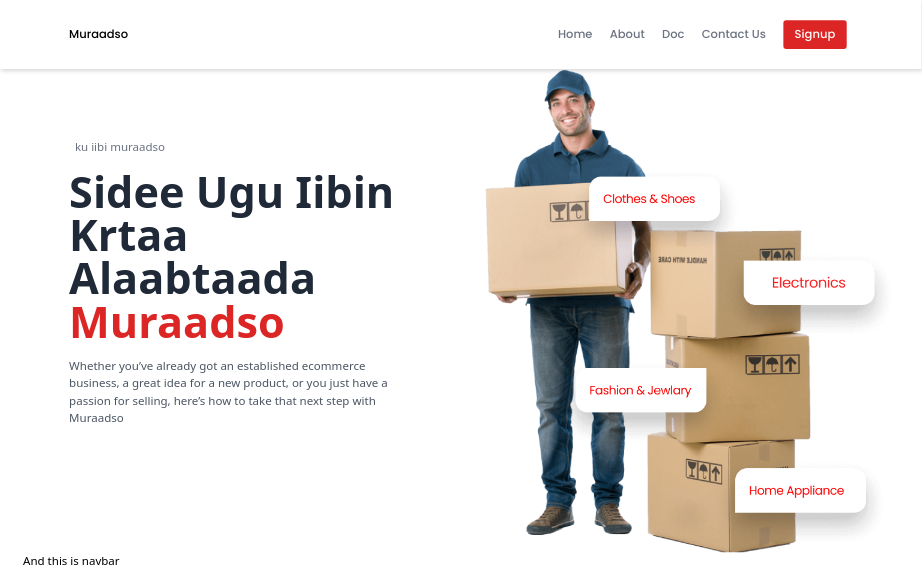
Repository: muraadso/Muraadso-Sellers
Page: /
These files come from the project's save history. The page is drawn as it stood at one moment and after the next save; the edit follows.
The browser window is 1280 px wide. The pictures show the whole page, at 72% of full size.
The project was rebuilt for these pictures with package versions that can differ from the ones it lists, and the page was loaded fresh each time. The framework's server and built-in components were replaced by stand-ins that run in the browser. Also part of the build but not shown: next.config.js.

Above is the page before, as saved 2021-12-05 19:31:25.
Not found: images/abouimage.png

### pages/_app.js
import '../styles/globals.css'
 import 'tailwindcss/tailwind.css'
import { Layout } from '../components/Layout'


function MyApp({ Component, pageProps }) {
  return (
    <Layout>
      <Component {...pageProps} />
    </Layout>
  )
}

export default MyApp

### pages/index.js
import Head from 'next/head'
import Image from 'next/image'
import Navbar from '../components/Navbar'
import Hero from '../components/Hero'
import About from '../components/About'
import styles from '../styles/Home.module.css'


export default function Home() {
  return (
    <div className={styles.container}>
      <Head>
        <title>Muraadso Sellers</title>
        <meta name="description" content="Generated by create next app" />
        <link rel="icon" href="/favicon.ico" />
      </Head>
      <Hero />
      <About />
    </div>
  )
}

### styles/globals.css
@import url('https://fonts.googleapis.com/css2?family=Lato:ital,wght@0,300;0,400;0,700;0,900;1,700&family=Poppins:wght@200;300;400;500;600;700&display=swap');
html,
body {
  padding: 0;
  margin: 0;
}

a {
  color: inherit;
  text-decoration: none;
}

* {
  box-sizing: border-box;
}


.navbar {
  box-shadow: 2px 1px 7px rgba(0, 0, 0, 0.226);
  font-family: 'Poppins', sans-serif  ;
  font-weight: 500;

}
  .logo{
    font-family: 'Lato', sans-serif;
    font-weight: 700;
    color: rgb(233, 59, 59);
    font-size: 20px ;
  }

.nav{
}





@media screen and  (max-width: 415px){
  .nav{
    display: flex;
    color: blue;
    flex-direction: row;
  }
}




@tailwind base;
@tailwind components;
@tailwind utilities

### components/Layout.js
import Navbar from "./Navbar"
import Footer from "./Footer"

export const Layout = ({children}) => {
    return (
        <div className="layout">
            <Navbar />
                {children}
            <Footer />



        </div>
    )
}

### components/Navbar.jsx
import React, { useState } from "react";
import { HiOutlineMenuAlt2, HiOutlineMenuAlt3 } from "react-icons/hi";



export default function Navbar() {
  const [showNav, setShowNav] = useState(false);

  return (
    <nav className="sticky top-0 z-20 items-center justify-between bg-white px-14 md:px-24 md:py-5 navbar md:flex">
      <div className="flex items-center justify-between">
        <a href="#">
          <h2>Muraadso</h2>
        </a>


        {showNav ? (
          <HiOutlineMenuAlt3
            onClick={() => setShowNav(!showNav)}
            className="block w-10 h-10 p-2 cursor-pointer md:hidden"
          />
        ) : (
          <HiOutlineMenuAlt2
            onClick={() => setShowNav(!showNav)}
            className="block w-10 h-10 p-2 cursor-pointer md:hidden"
          />
        )}
      </div>

      <ul
        className={
          (showNav ? "left-0" : "-left-full") +
          " md:static fixed bottom-0 md:ml-24 top-14 md:flex md:space-x-6 items-center md:bg-transparent bg-white bg-opacity-90 md:w-auto w-10/12 md:text-gray-500 text-gray-800  md:space-y-0 space-y-5 p-2 transition-left nav"
        }
      >
        <a href="#"> Home</a>
        <a href="#"> About</a>
        <a href="#"> Doc</a>
        <a href="#"> Contact Us</a>
      <a className="px-4 py-2 text-white bg-red-600 rounded" href="">Signup</a>
      </ul>
    </nav>
  );
}

























// const Navbar = () => {
//     return (
//         <div>
//      <div className="sticky top-0 z-20 items-center justify-between bg-white md:flex navbar">
//          <a className="logo" href="#">Muraadso</a>
//          <nav className="fixed bottom-0 items-center w-10/12 p-2 space-y-5 text-white bg-gray-500 md:static top-12 md:flex md:space-x-7 md:bg-transparent bg-opacity-90 md:w-auto md:text-gray-500 md:space-y-0 transition-left nav">
//              <a className="hover:text-red-600" href="">Home</a>
//              <a className="hover:text-red-600" href="">About</a>
//              <a className="hover:text-red-600" href="">Doc</a>
//              <a className="hover:text-red-600" href="">Contact Us</a>
//          </nav>
//          <a href="#" className="px-4 py-2 text-white bg-red-600 rounded hover:bg-red-700 signup ">Signup</a>
//      </div>

//         </div>
//     )
// }

// export default Navbar

### components/Hero.jsx
const Hero = () => {
    return (
        <div className="grid grid-cols-2 hero">
                <div className="px-16 py-24 herotxt">
                    <h6 className="px-2 font-medium text-gray-500">ku iibi muraadso</h6>
                    <h1 className="my-5 md:font-bold md:text-gray-800 md:capitalize lg:text-6xl">sidee ugu iibin krtaa <br /> alaabtaada <span className="md:text-red-600">muraadso </span></h1>
                    <p className="text-gray-600" >Whether you’ve already got an established ecommerce business, a great idea for a new product, or you just have a passion for selling, here’s how to take that next step with Muraadso</p>
                </div>
                <div className="heroimg">
                    <img className="w-4/4 "  src="/images/heroimage.png" alt="heroimage" />
                </div>

        </div>
    )
}

export default Hero

### components/About.jsx

const About = () => {
    return (
        <div>
            <h2>And this is navbar</h2>
            <img src="/images/abouimage.png" alt="" />
        </div>
    )
}

export default About

### components/Footer.jsx
const Footer = () => {
    return (
        <div>
        </div>
    )
}

export default Footer

### tailwind.config.js
module.exports = {
   purge: ['./pages/**/*.{js,ts,jsx,tsx}', './components/**/*.{js,ts,jsx,tsx}'],
  darkMode: false, // or 'media' or 'class'
  theme: {
    extend: {
      transitionProperty: {
         'left': 'left',
        }
    },

  },
  variants: {
    extend: {},
  },
  plugins: [],
}

Loaded but not shown: pages/api/hello.js (common file); styles/Home.module.css (common file)

After the next save:
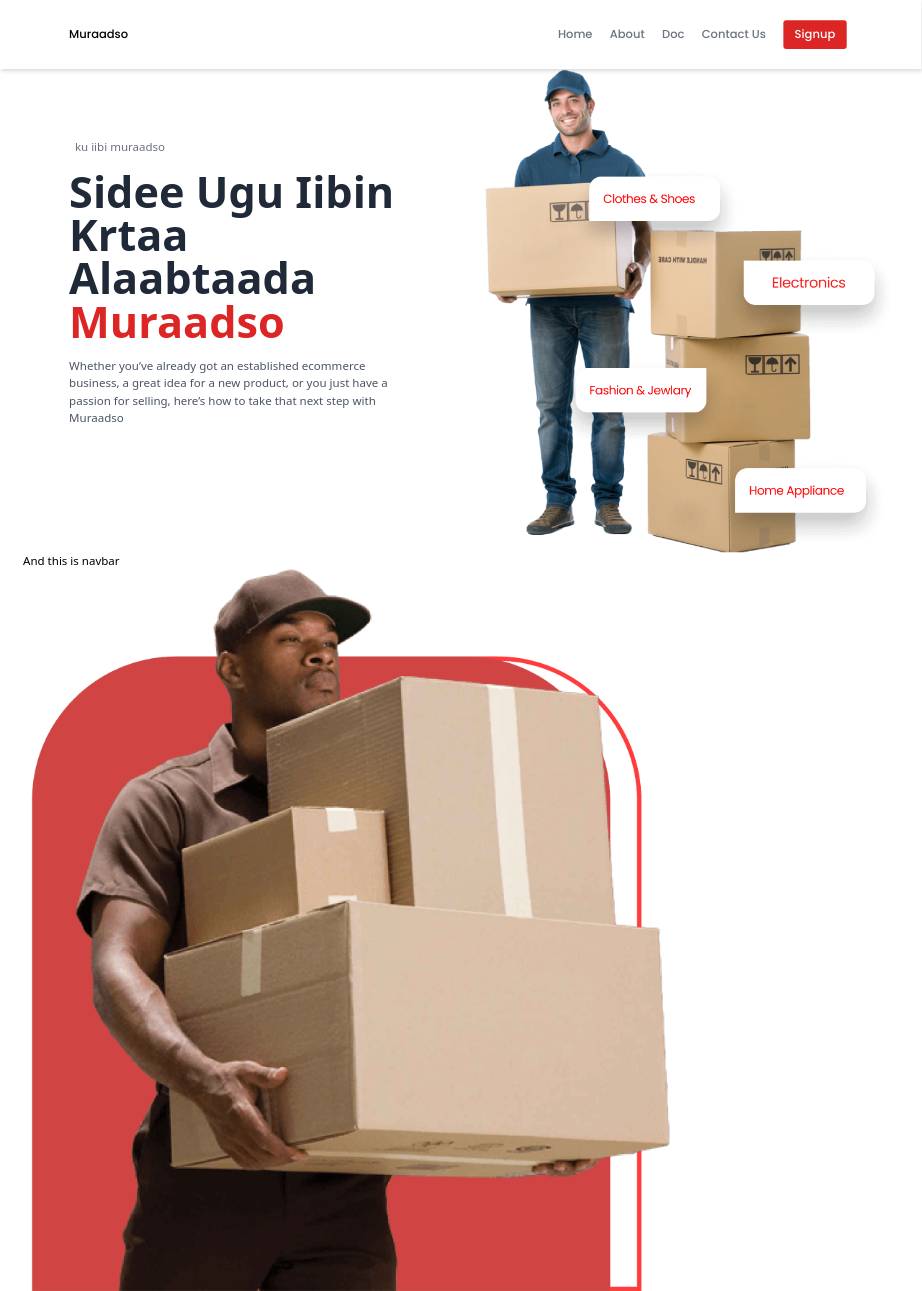
Saved 11 s later.
--- a/components/About.jsx
+++ b/components/About.jsx
@@ -3,7 +3,7 @@ const About = () => {
     return (
         <div>
             <h2>And this is navbar</h2>
-            <img src="/images/abouimage.png" alt="" />
+            <img src="/images/aboutimage.png" alt="" />
         </div>
     )
 }
